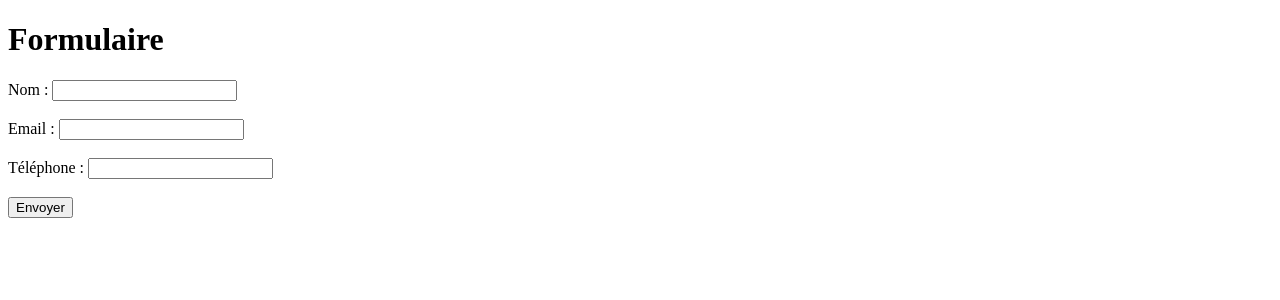
Repository: Vanitti/Site-web
Page: formulaire de compes.html
These files come from the project's save history. The page is drawn as it stood at one moment and after the next save; the edit follows.
The browser window is 1280 px wide. The pictures show the whole page.
Some web libraries are served in a nearby version.

Above is the page before, as saved 2023-06-24 15:34:40.

### formulaire de compes.html
<!DOCTYPE html>
<html>
<head>
  <title>Formulaire de comptes</title>
</head>
<body>
  <h1>Formulaire</h1>
  <form method="post" action="envoyer.php">
    <label for="nom">Nom :</label>
    <input type="text" id="nom" name="nom" required><br><br>

    <label for="email">Email :</label>
    <input type="email" id="email" name="email" required><br><br>

    <label for="tel">Téléphone :</label>
    <input type="tel" id="tel" name="tel" required><br><br>

    <input type="submit" value="Envoyer">
  </form>
</body>
</html>

### index.css
@import url('https://fonts.googleapis.com/css2?family=Montserrat:wght@100;200;300;400;500;600;700;800;900&display=swap');
@import url('https://fonts.googleapis.com/css2?family=Abril+Fatface&display=swap');
@import url('https://fonts.googleapis.com/css2?family=Roboto:wght@300&display=swap');

html {
  scroll-behavior: smooth;
}

body {
  margin: 0;
  padding: 0;
  font-family: 'Montserrat', sans-serif;
}

header {
  display: flex;
  align-items: center;
}

.scroll-down {
  color: white;
  text-decoration: none;
  position: absolute;
  bottom: 0;
}

/* Typographie */
.section-title {
    border-radius: 10px;
    font-size: 24px;
    font-weight: bold;
    text-align: center;
    border: solid;
    border-color: #44566c;
    color: #44566c;
    margin-left: 35%;
    margin-right: 35%;
    margin-top: 50px;
    padding: 5px;
  }

  .section-sous {
    font-size: 18px;
    font-weight: bold;
    color: #ececec;
    margin-top: 20px;
    margin-left: 15px;
  }

  .texte {
    font-size: 16px;
    color: #ececec;
    margin-top: 10px;
    margin-left: 15px;
  }


/* Navigation */
nav.nav {
  z-index: 7;
  top: 10px;
  position: fixed;
  display: flex;
  list-style: none;
  justify-content: center;
  align-items: center;
  line-height: 30px;
  transition: all 0.3s ease;
  white-space: nowrap; /* Ajout de la propriété pour empêcher le retour à la ligne */
  background-color: #201b22;
  opacity: 0.75;
  padding: 15px;
  left: 150px;
  right: 15px;
  border-radius: 15px;
  justify-content: space-between;
}

nav.nav li a {
  justify-content: space-between;
  text-decoration: none;
  font-weight: 600;
  transition: all 0.3s ease;
  color: #f1f1f1;
  font-size: 20px;
  margin: 0; /* Supprimer les marges horizontales des liens */
}

nav.nav li a:hover {
  color: #f1f1f1; /* Changement de couleur au survol */
  border-radius: 5px;
  padding: 5px;
  border-color: #f1f1f1;
  border: solid;
}

/* Accueil */
header img {
  width: 150px;
  height: 150px;
  top: 0;
  left: 0;
  position: absolute;
}

.top-page {
  background: url('images/galoubet1.jpg');
  background-size: cover;
  height: 80vh;
  padding: 25px;
  z-index: -2;
}

#background-video {
  width: 100%;
  height: 80vh;
  object-fit: cover;
  background-size: cover;
  height: 80vh;
  z-index: -2;
  position: relative;
}

.big-title {
    color: #ececec;
    font-size: 140px;
    font-family: 'Abril Fatface', cursive;
    font-weight: 100;
    position: absolute;
    top: 0;
    transform: translate(50%, 50%);
  }

/* Nos chevaux */
#chevaux {
    font-size: 24px;
    font-weight: bold;
    text-align: center;
    margin-top: 50px;
  }

  .entraineur {
    display: grid;
    grid-template-columns: 1fr 1fr;
    grid-gap: 15px;
    justify-items: center;
    align-items: center;
    margin-top: 15px;
  }

  .entraineur div {
    text-align: center;
    border: solid;
    border-color: #44566c;
    padding: 25px;
    border-radius: 25px;
  }

  .entraineur img {
    border-radius: 25px;
    max-width: 100%;
    height: auto;
    padding-bottom: 25px;
  }

  .entraineur h3 {
    font-size: 24px;
    font-weight: 600;
    margin-bottom: 10px;
    color: #44566c;
  }

/* div */
.c {
    background-color: #4b5e65;
    margin: 10px;
    border-radius: 15px;
    padding: 5px;
}

.s {
    background-color:#4b5e65;
    margin: 10px;
    border-radius: 15px;
    padding: 5px;
}

.h {
    background-color: #4b5e65;
    margin: 10px;
    border-radius: 15px;
    padding: 5px;
}

/* footer */
footer {
    margin-top: 30px ;
    display: flex;
    justify-content: center;
    align-items: center;
    flex-wrap: wrap;
    padding: 15px;
    background-color: #313131;
  }

  footer p {
    margin: 0 10px;
    color: #f1f1f1;
  }

  .HG a {
    color: #f1f1f1;
    text-decoration: none;
  }

  .HG a:hover {
    color: white;
    font-weight: bold;
    transition: 0.3s;
  }

After the next save:
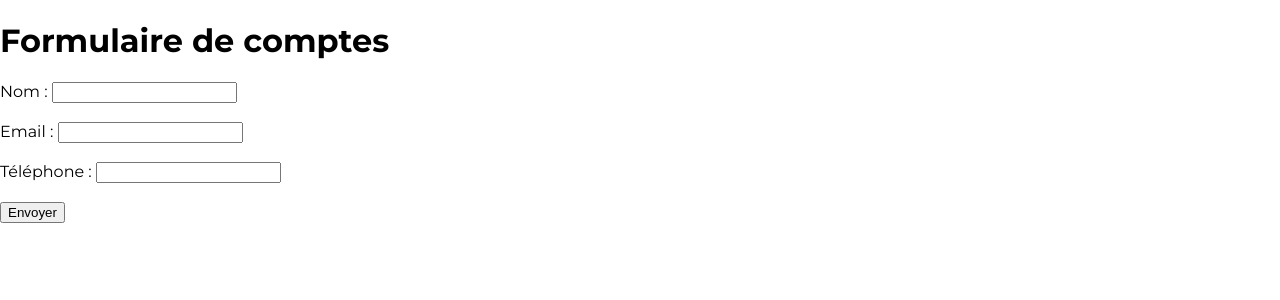
Not found: app.js
Saved 40 s later.
--- a/formulaire de compes.html
+++ b/formulaire de compes.html
@@ -1,10 +1,16 @@
 <!DOCTYPE html>
-<html>
+<html lang="fr">
 <head>
-  <title>Formulaire de comptes</title>
+    <meta charset="UTF-8">
+    <meta name="viewport" content="width=device-width, initial-scale=1.0">
+    <title>F&F Horses</title>
+    <link rel="icon" href="images/couleur-t.png">
+    <link rel="stylesheet" href="index.css">
+    <script src="app.js"></script>
+    <script src="https://cdnjs.cloudflare.com/ajax/libs/font-awesome/5.12.0-2/js/all.min.js"></script>
 </head>
 <body>
-  <h1>Formulaire</h1>
+  <h1>Formulaire de comptes</h1>
   <form method="post" action="envoyer.php">
     <label for="nom">Nom :</label>
     <input type="text" id="nom" name="nom" required><br><br>
